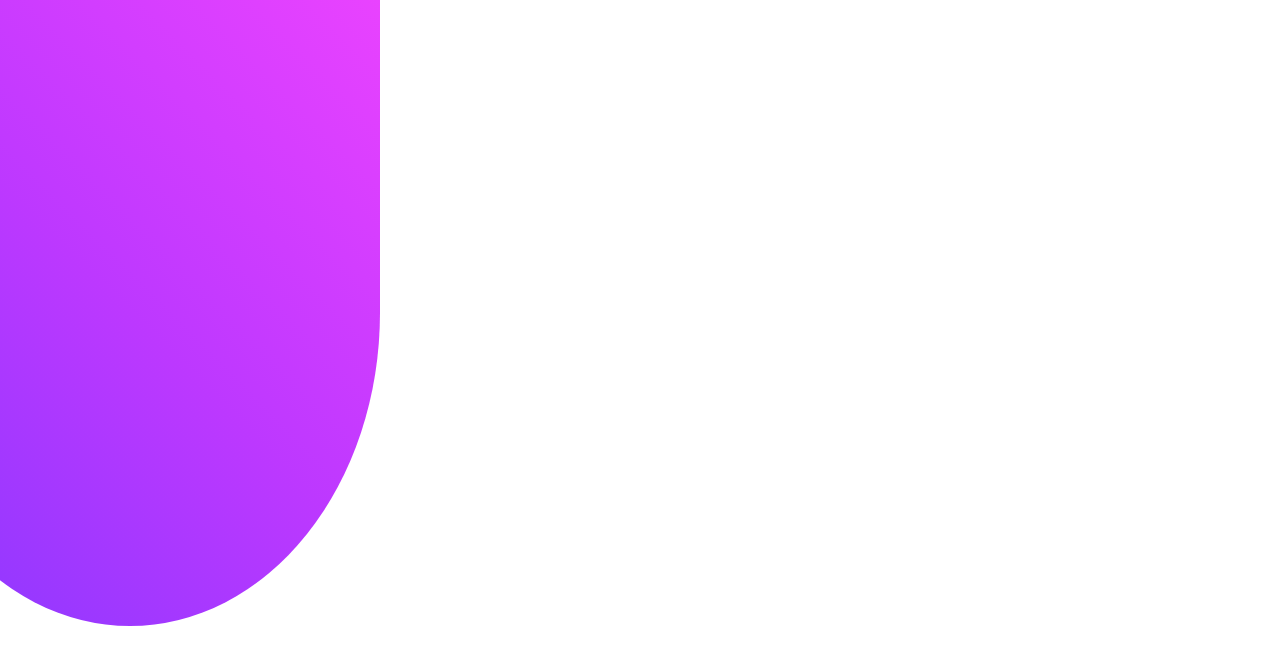
Repository: KamoliddinGIT/chat-app-css-illustration
Page: index.html
The author's editor kept a copy of each file at every save. The page is drawn from the files as they stood at one save, then again after a run of saves.
The browser window is 1280 px wide. The pictures show the whole page.

Above is the page before, as saved 2023-09-25 16:20:14.

### index.html
<!DOCTYPE html>
<html lang="en">
  <head>
    <meta charset="UTF-8" />
    <meta http-equiv="X-UA-Compatible" content="IE=edge" />
    <link
      rel="icon"
      type="image/png"
      sizes="32x32"
      href="./images/favicon-32x32.png"
    />
    <meta name="viewport" content="width=device-width, initial-scale=1.0" />
    <link rel="stylesheet" href="./css/style.css" />
    <title>Chat App CSS Illustration</title>
  </head>
  <body>
    <div class="container">
      <div class="bg"></div>
    </div>
  </body>
</html>

### css/style.css
* {
  margin: 0;
  padding: 0;
  box-sizing: border-box;
}

.container {
  width: 100%;
  height: 100vh;
  display: flex;
  justify-content: center;
  align-items: center;
  background-color: white;
}

.bg {
  width: 500px;
  height: 87%;
  left: -120px;
  top: 0;
  position: absolute;
  background-image: linear-gradient(
    45deg,
    hsl(264deg 100% 61%) 0%,
    hsl(280deg 100% 61%) 50%,
    hsl(293deg 100% 63%) 100%
  );
  border-radius: 0 0 50% 50%;
}

After the next 2 saves:
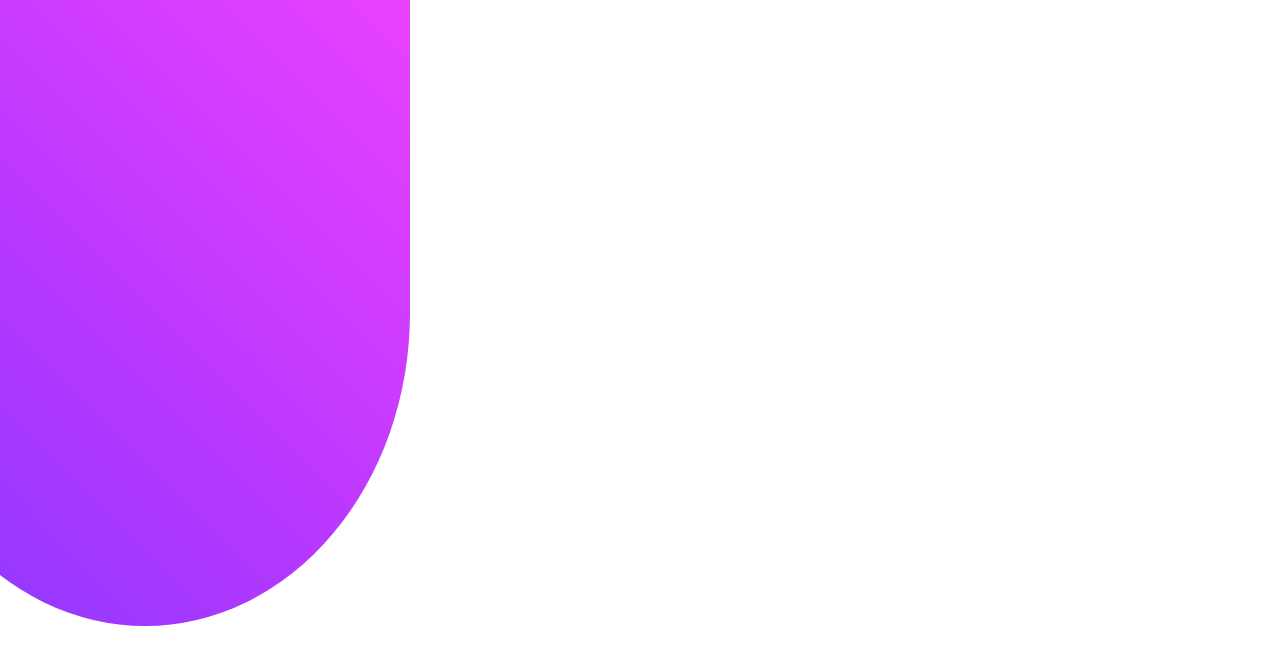
The 2 saves are shown as one change because they came seconds apart.
The last was saved 7 s later.
--- a/css/style.css
+++ b/css/style.css
@@ -14,7 +14,7 @@
 }
 
 .bg {
-  width: 500px;
+  width: 530px;
   height: 87%;
   left: -120px;
   top: 0;
